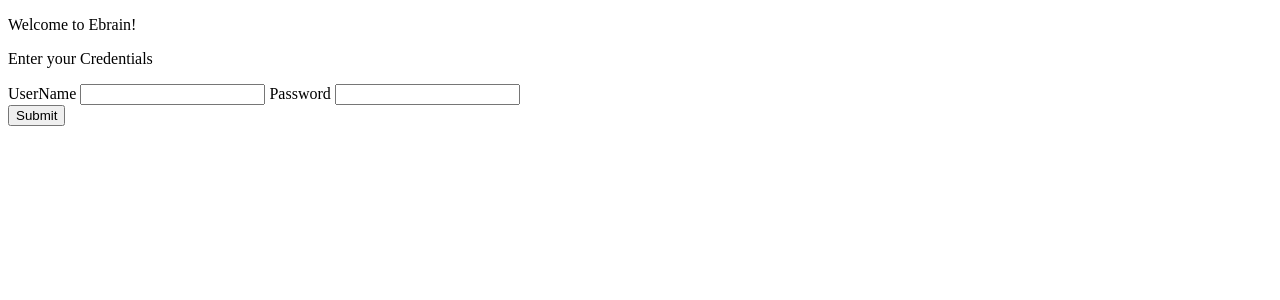
Repository: tamilnila96/Servlet
Page: http://localhost/FormHandling/
An editor plug-in stored every save of this project. The page is shown before and after the next save, followed by the edit.
The browser window is 1280 px wide. The pictures show the whole page.
The page is served by Tomcat 9. Other server files are loaded and not shown.

Above is the page before, as saved 2025-05-15 06:47:40.

### FormHandling/WebContent/index.jsp
<%@ page language="java" contentType="text/html; charset=ISO-8859-1"
    pageEncoding="ISO-8859-1"%>
<!DOCTYPE html>
<html>
<head>
<meta charset="ISO-8859-1">
<title>Welcome</title>
</head>
<body>
<p> Welcome to Ebrain! </p>
<p>Enter your Credentials </p>
<div>
<label>UserName</label>
<input type = "text" id = "UserName" name = "UserName">
<label>Password</label>
<input type = "text" id = "Password" name = "Password">
 </div>
 <form action ="<%= request.getContextPath() %> /FormHandling" method = "post" >
 <button type = "submit"> Submit </button>

 </form>



</body>
</html>

After the next save:
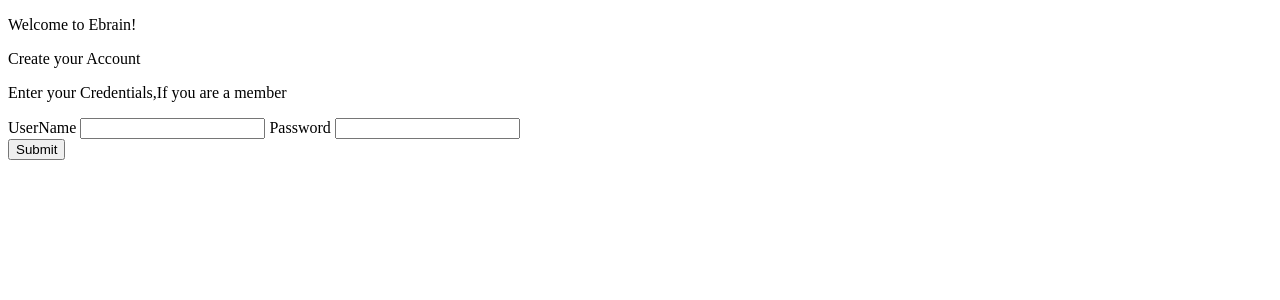
Saved 10 min 37 s later.
--- a/FormHandling/WebContent/index.jsp
+++ b/FormHandling/WebContent/index.jsp
@@ -8,12 +8,13 @@
 </head>
 <body>
 <p> Welcome to Ebrain! </p>
-<p>Enter your Credentials </p>
+<p>Create your Account</p>
+<p>Enter your Credentials,If you are a member </p>
 <div>
 <label>UserName</label>
 <input type = "text" id = "UserName" name = "UserName">
 <label>Password</label>
-<input type = "text" id = "Password" name = "Password">
+<input type = "password" id = "Password" name = "Password">
  </div>
  <form action ="<%= request.getContextPath() %> /FormHandling" method = "post" >
  <button type = "submit"> Submit </button>
